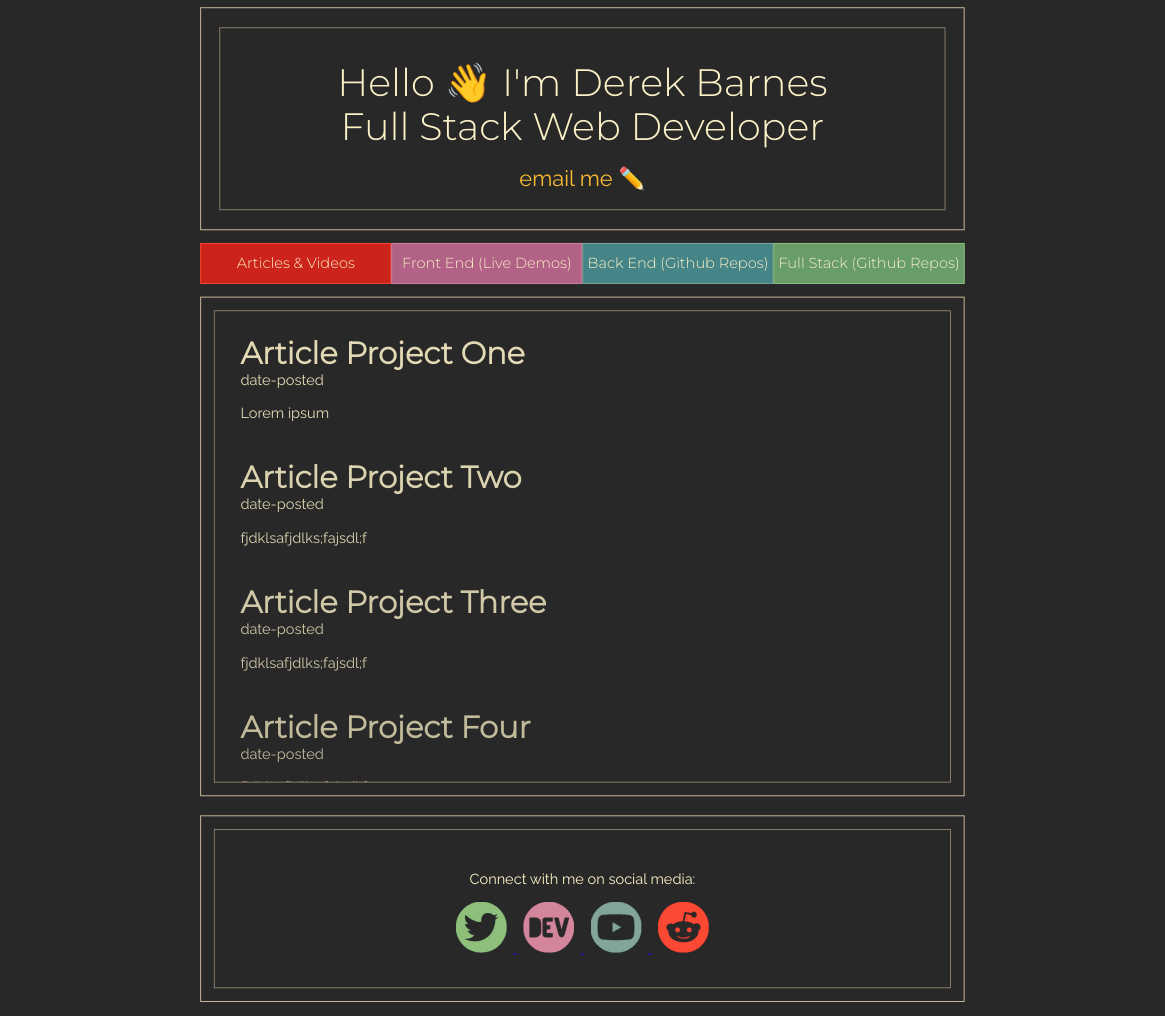
Repository: dsbarnes/groovy-blog
Page: index.html
The author's editor kept a copy of each file at every save. The page is drawn from the files as they stood at one save, then again after the next save.
The browser window is 1280 px wide. The pictures show the whole page, at 91% of full size.
After loading, the first visible `#articles` was clicked once.
An inner scrolling area shows only its first screen. The style sheet was rebuilt from its Sass, Less or Tailwind sources for each picture, by a compiler version that may differ from the author's.

Above is the page before, as saved 2020-05-11 18:27:38.

### index.html
<!DOCTYPE html>
<html lang="en">

<head>
    <meta charset="UTF-8">
    <meta name="viewport" content="width=device-width, initial-scale=1.0">
    <link href="https://fonts.googleapis.com/css2?family=Montserrat:wght@300&display=swap" rel="stylesheet">
    <link href="https://fonts.googleapis.com/css2?family=Raleway&display=swap" rel="stylesheet">

    <title>D.S. Barnes</title>

    <link rel="stylesheet" href="./CSS/style.css">
</head>

<body>
    <div class="container">

        <div id='nameCard'>
            <div id="doubleBorder">
                <p>Hello 👋 I'm Derek Barnes</p>
                <p>Full Stack Web Developer</p>
                <br />
                <small><a href='mailto:derekb0147@gmail.com'>email me ✏️</a></small>
                <br />
            </div>
        </div>

        <div id='selections'>
            <p class='nav' data-color='red' id='articles'>Articles & Videos</p>
            <p class='nav' data-color='purple' id='frontend'>Front End (Live Demos)</p>
            <p class='nav' data-color='blue' id='backend'>Back End (Github Repos)</p>
            <p class='nav' data-color='aqua' id='fullstack'>Full Stack (Github Repos)</p>
        </div>

        <!-- <button id="toggle-button">Toggle collapse</button> -->

        <!-- Section one -->
        <div class="content">
            <div class='double-border'>
                <div id='content-section-text'>
                    <p>As a full stack developer, I don't just write code.</p>
                    <p>I focus on team dynamics, agile work practices, and communications.</p>
                    <br />
                    <p>I can build APIs and maintain databases.</p>
                    <p>Equally, often more importantly, I listen to and understand consumer needs.</p>
                    <br />
                    <p>I specialize in clean, unobtrusive interfaces,</p>
                    <p>using modern technology,</p>
                    <p>to communicate clearly and solve real world problems.</p>
                </div>
            </div>
        </div>


        <!-- Section two -->
        <div class="hobbies">
            <div class='double-border'>

                <p>Besides code, I like to:</p>
                <br />

                <p class='xpad'>
                    <span class='bigEmoji'>🤔</span>
                    <span class='emojiText'>Think about philosophy.</span>
                </p>

                <p class='xpad'>
                    <span class='bigEmoji'>♟️</span>
                    <span class='emojiText'>Play chess.</span>
                </p>

                <p class='xpad'>
                    <span class='bigEmoji'>🎤</span>
                    <span class='emojiText'>listen to gratuitous amounts of rap music.</span>
                </p>
            </div>
        </div>


        <!-- Section three -->
        <div class="social-media">
            <div class="double-border">

                <p>Connect with me on social media:</p>

                <div id='media-icons'>
                    <a href='https://twitter.com/DerekBarnes0' id='twitter'>
                        <img src='../SVG/twitterLogo.svg'>
                    </a></img>

                    <a href='https://dev.to/dsbarnes' id="devto">
                        <img src='../SVG/devLogo.svg'>
                    </a></img>

                    <a href='https://www.youtube.com/channel/UC4wXeImm3FqzbxJvwSMoQFg?view_as=subscriber' id='youtube'>
                        <img src='../SVG/youtubeLogo.svg'>
                    </a></img>

                    <a href='https://www.reddit.com/user/snipethebird' id='reddit'>
                        <img src='../SVG/redditLogo.svg'>
                    </a></img>
                </div>

            </div>
        </div>

    </div><!-- container -->

    <script type=module src="index.js"></script>
</body>

</html>

### index.js
import articles from './components/articles.js'
import repos from './components/repos.js'

import articlesData from './siteData/articles.js'
import backendData from './siteData/backEnd.js'
import frontendData from './siteData/frontEnd.js'
import fullstackData from './siteData/fullStack.js'

const handleRemoveData = () => {
    const sections = Array.from(document.querySelectorAll('[id*="section-text"]'))

    for (const section of sections) {
        const elementsToRemove = Array.from(section.children)
        for (const element of elementsToRemove)
            element.remove()
    }
}

const populateData = (id) => {
    id == 'articles' && articles(articlesData)
    id == 'frontend' && repos(frontendData)
    id == 'backend' && repos(backendData)
    id == 'fullstack' && repos(fullstackData)
}

const handleTransition = (id) => {
    // Adds overflow: scroll to the content car:
    document.querySelector('.content')
        .classList.add('collapsed')

    // Shrinks and fades out the middle card:
    document.querySelector('.hobbies')
        .classList.add('collapsed')

    // Adjusts the social media card:
    document.querySelector('.social-media')
        .classList.add('collapsed')

    populateData(id)
}

let active = null
document.querySelectorAll('.nav')
    .forEach(btn => btn.addEventListener('click', function () {
        // Set active section
        // Click the currently active section does nothing
        console.log(this.dataset.color)

        if (active == this.id) return
        active = this.id

        handleRemoveData()

        const hobbies = document.querySelector('.hobbies').classList
        // If hobbies is collapsed then only repopulate the data
        hobbies.contains('collapsed') ?
            // Fades in the articles:
            populateData(this.id) :
            // Fades out about card, then runs populateData()
            handleTransition(this.id)
    }))

### components/articles.js
function modules(arr) {
    const root = document.getElementById('content-section-text')

    // Conceptually this is the same thing as
    // handleElementSection in repos.js
    // however, it builds two different components.
    const handleElementSection = (element) => {
        const container = document.createElement('div')
        const title = document.createElement('h1')
        const date = document.createElement('p')
        const short = document.createElement('p')

        title.innerHTML = element['Title']
        container.appendChild(title)

        date.innerHTML = element['Date']
        container.appendChild(date)

        short.innerHTML = element['Short']
        container.appendChild(short)

        container.classList.add('article-repo')
        root.appendChild(container)
    }

    for (const i in arr) {
        // setTimeout is non-blocking
        // IIFE to prevent setTimeout from stacking
        // and executing all at once:
        (() => {
            const element = arr[i]
            setTimeout(() => {
                handleElementSection(element)
                // Not for(of) b/c i is necessary here:
            }, 160 * i)
        })(i)
    }
}

export default modules

### components/repos.js
function repos(arr) {

    const root = document.getElementById('content-section-text')

    // for (const element of arr) {

    // Conceptually this is the same thing as
    // handleElementSection in articles.js
    // however, it builds two different components.
    const handleElementSection = (element) => {
        const container = document.createElement('div')
        const titleAndLinks = document.createElement('div')
        const title = document.createElement('h1')
        const repolink = document.createElement('p')
        const demolink = document.createElement('p')
        const description = document.createElement('p')

        titleAndLinks.classList.add('repo-title-links')

        title.innerHTML = element['Repo']
        titleAndLinks.appendChild(title)

        repolink.innerHTML = element['RepoLink']
        titleAndLinks.appendChild(repolink)

        if (element['DemoLink'] != undefined) {
            demolink.innerHTML = element['DemoLink']
            container.appendChild(demolink)
            titleAndLinks.appendChild(demolink)
        }

        container.appendChild(titleAndLinks)

        description.innerHTML = element['Description']
        description.classList.add('repo-description')
        container.appendChild(description)

        container.classList.add('article-repo')
        root.appendChild(container)
    }

    // }

    for (const i in arr) {
        // setTimeout is non-blocking
        // IIFE to prevent setTimeout from stacking
        // and executing all at once:
        (() => {
            const element = arr[i]
            setTimeout(() => {
                handleElementSection(element)
            }, 200 * i)
        })(i)
    }
}

export default repos

### siteData/articles.js
const articleData = [
    {
        "Title": "Article Project One",
        "Date": "date-posted",
        "Short": "Lorem ipsum"
    },
    {
        "Title": "Article Project Two",
        "Date": "date-posted",
        "Short": "fjdklsafjdlks;fajsdl;f"
    },
    {
        "Title": "Article Project Three",
        "Date": "date-posted",
        "Short": "fjdklsafjdlks;fajsdl;f"
    },
    {
        "Title": "Article Project Four",
        "Date": "date-posted",
        "Short": "fjdklsafjdlks;fajsdl;f"
    },
    {
        "Title": "Article Project Five",
        "Date": "date-posted",
        "Short": "fjdklsafjdlks;fajsdl;f"
    }
]

export default articleData

### siteData/backEnd.js
const backendData = [
    {
        "Repo": "Back End Project One",
        "RepoLink": "blah.com",
        "Description": "README.md"
    },
    {
        "Repo": "Back End Project Two",
        "RepoLink": "blah.com",
        "Description": "README.md"
    },
    {
        "Repo": "Back End Project Three",
        "RepoLink": "blah.com",
        "Description": "README.md"
    },
    {
        "Repo": "Back End Project Four",
        "RepoLink": "blah.com",
        "Description": "README.md"
    },
    {
        "Repo": "Back End Project Five",
        "RepoLink": "blah.com",
        "Description": "README.md"
    }
]

export default backendData

### siteData/frontEnd.js
const frontendData = [
    {
        "Repo": "Front End Project One",
        "RepoLink": "blah.com",
        "DemoLink": "demo link",
        "Description": "Lorem ipsum dolor sit amet, consectetur adipiscing elit, sed do eiusmod tempor incididunt ut labore et dolore magna aliqua. Dolor sit amet consectetur adipiscing elit duis tristique.Lorem ipsum dolor sit amet, consectetur adipiscing elit, sed do eiusmod tempor incididunt ut labore et dolore magna aliqua. Dolor sit amet consectetur adipiscing elit duis tristique.Lorem ipsum dolor sit amet, consectetur adipiscing elit, sed do eiusmod tempor incididunt ut labore et dolore magna aliqua. Dolor sit amet consectetur adipiscing elit duis tristique."
    },
    {
        "Repo": "Front End Project Two",
        "RepoLink": "blah.com",
        "DemoLink": "demo link",
        "Description": "README.md"
    },
    {
        "Repo": "Front End Project Three",
        "RepoLink": "blah.com",
        "DemoLink": "demo link",
        "Description": "README.md"
    },
    {
        "Repo": "Front End Project Four",
        "RepoLink": "blah.com",
        "DemoLink": "demo link",
        "Description": "README.md"
    },
    {
        "Repo": "Front End Project Five",
        "RepoLink": "blah.com",
        "DemoLink": "demo link",
        "Description": "README.md"
    }
]

export default frontendData

### siteData/fullStack.js
const fullstackData = [
    {
        "Repo": "Full Stack Project One",
        "RepoLink": "blah.com",
        "Description": "README.md"
    },
    {
        "Repo": "Full Stack Project Two",
        "RepoLink": "blah.com",
        "Description": "README.md"
    },
    {
        "Repo": "Full Stack Project Three",
        "RepoLink": "blah.com",
        "Description": "README.md"
    },
    {
        "Repo": "Full Stack Project Four",
        "RepoLink": "blah.com",
        "Description": "README.md"
    },
    {
        "Repo": "Full Stack Project Five",
        "RepoLink": "blah.com",
        "Description": "README.md"
    }
]

export default fullstackData

### style.scss
// Main Container:
// Sizings - everything is a multiple of 14!!
$container-width: 840px;
$container-height: 1100px;
$outer-width: $container-width * .8;
$margin-pad-sizing: 14px;


// Gruvbox colors:
$background-color: #282828;
$background-alt-color: #3c3836;
$font-color: #fbf1c7;
$font-alt-color: #ebdbb2;
$outer-border: #d5c4a1;
$inner-border: #928374;
$red-color: #cc241d;
$light-red-color: #fb4934;
$green-color: #98971a;
$light-green-color: #b8bb26;
$yellow-color: #d79921;
$light-yellow-color: #fabd2f;
$blue-color: #458588;
$light-blue-color: #83a598;
$purple-color: #b16286;
$light-purple-color: #d3869b;
$aqua-color: #689d6a;
$light-aqua-color: #8ec07c;


// Font:
$title-font: 'Montserrat', sans-serif;
$body-font: 'Raleway', sans-serif;
$title-font-size: 42px;
$body-font-size: 16px;


//Mixins:
@mixin bg-border($bg-color, $border-color){
  background-color: $bg-color;
  border: 1px solid $border-color;
}
@mixin font-fam-size($fam, $size){
  font-family: $fam;
  font-size: $size;
}
@mixin sectionButton($bg-color, $border-color){
  @include bg-border($bg-color, $border-color);
  @include font-fam-size($title-font, $body-font-size);
  display: inline-block;
  margin: 0 auto;
  //That just looks best as 12, idk.
  padding: 12px 0px;
  text-align: center;
  width: (($container-width / 4));
}

// Keyframes:
@keyframes border-color-red{
  from { border-color: $inner-border; }
  to { border-color: $light-red-color; }
}
@keyframes border-color-purple{
  from { border-color: $inner-border; }
  to { border-color: $light-purple-color; }
}
@keyframes border-color-blue{
  from { border-color: $inner-border; }
  to { border-color: $light-blue-color; }
}
@keyframes border-color-aqua{
  from { border-color: $inner-border; }
  to { border-color: $light-aqua-color; }
}
@keyframes fade-in{
  from{color: $background-color;}
  to{ color: $font-color; }
}
.article-repo{ animation: fade-in 2.5s forwards;}


// Overall styling:
* { box-sizing:border-box; }
body{ background-color: $background-color; color: $font-color }
//Everything visible is inside this container:
.container {
  display:flex;
  flex-direction:column;
  justify-content:flex-start;
  width: $container-width;
  margin: 0 auto;
  // we're required to set height explicitly
  height: $container-height;
}
h1{ @include font-fam-size($title-font, $title-font-size/1.25)}


// Name Card
#nameCard{
  border: 1px solid $outer-border;
  padding: $margin-pad-sizing/2;
  text-align: center;
  line-height: $margin-pad-sizing/2;

  small{ @include font-fam-size($body-font, $body-font-size*1.5); }
  a{ text-decoration: none; color: $light-yellow-color }

  #doubleBorder{
      @include bg-border($background-color, $inner-border);
      p{ @include font-fam-size($title-font, $title-font-size);}
      margin: $margin-pad-sizing auto;
      padding: $margin-pad-sizing;
      padding-bottom: $margin-pad-sizing*2;

      // 14px b/c of margin.
      // Why *3? Good question.
      width: ($container-width - 14px*3);
  }
}


// Nav 'buttons'
#selections{
  display: flex;
  justify-content: space-between;
  margin-top: $margin-pad-sizing;
}
#articles{ @include sectionButton($red-color, $light-red-color) }
#frontend{ @include sectionButton($purple-color, $light-purple-color) }
#backend{ @include sectionButton($blue-color, $light-blue-color) }
#fullstack{ @include sectionButton($aqua-color, $light-aqua-color) }

// General double border settings, different from
// name card b/c ...damnit
.double-border{
  border: 1px solid $inner-border;
  // Variables not working in calc()
  // will investigate.
  height: calc(100% - 28px); // $margin-pad-size*2
  width: calc(100% - 28px);  // $margin-pad-size*2
  margin: $margin-pad-sizing auto 0 auto;
  padding: $margin-pad-sizing*2;
}
.double-border.border-color-red{animation: border-color-red 2s ease; }

// This is the section that expands:
.content{
  @include bg-border($background-color, $outer-border);
  @include font-fam-size($body-font, $body-font-size);


  line-height: $margin-pad-sizing/2;
  margin: $margin-pad-sizing 0;
  overflow: hidden;
  flex: 3;
}

.content.collapsed{
  // iOS browsers:
  ::-webkit-scrollbar {
    background: transparent;
    width: 9px;
  }
  ::-webkit-scrollbar-track {
    background: transparent;
  }
  ::-webkit-scrollbar-thumb {
    -webkit-border-radius: 5px;
    background:$background-alt-color;
  }
  ::-webkit-scrollbar-track-piece:start {
    // Makes all the difference
    margin-top: 1.5px;
  }

  // Firefox:
  // Which is much, much easier.
  scrollbar-color: $background-alt-color $background-color;
  scrollbar-width: thin;

  .double-border{
    overflow-y: scroll;
    overflow-x: hidden;
  }
}

// Not visible until the .content section
// is .collapsed
.article-repo{
  margin-bottom: $margin-pad-sizing*4;
  h1{ margin: $margin-pad-sizing 0; }
  p{line-height: $margin-pad-sizing*1.5; }
  .repo-title-links p{
    width: $container-width/10;
    display: inline-block;
  }
  .repo-description{
    margin: 0px;
    line-height: $margin-pad-sizing*1.5;
  }
}


// This section dissapears:
.hobbies {
  // note that we're transitioning flex, not height!
  @include bg-border($background-color, $outer-border);
  @include font-fam-size($body-font, $body-font-size);
  line-height: $margin-pad-sizing/2;
  margin: $margin-pad-sizing/2 0;
  flex: 2;
  .bigEmoji{ font-size: $title-font-size; }
  .xpad{ padding-left: 24px; }
  .emojiText{
      position: relative;
      bottom: $margin-pad-sizing;
      padding-left: $margin-pad-sizing/2;
  }
  transition:all 0.7s ease;
}
.hobbies.collapsed {
  border: 0px solid $background-color;
  color: $background-color;
  overflow: hidden;
  flex: 0;
  // Big number to squeze box inward
  margin: 0 $margin-pad-sizing * 7;
}


// This section appears to never change
.social-media{
  @include bg-border($background-color, $outer-border);
  @include font-fam-size($body-font, $body-font-size);
  text-align: center;
  margin: $margin-pad-sizing/2 0;
  flex: 2;
  transition: all 0.6s ease;
}
.social-media.collapsed{
  flex: 1;
  #media-icons{
    // Why 20? Good question.
    margin-bottom:
      $margin-pad-sizing + $margin-pad-sizing/2 + 1;
  }
}

// Social Media Icons:
#media-icons{
  width: $container-width / 2;
  margin: 0 auto;
  text-align: center;
  line-height: $margin-pad-sizing;
  img{ width: $margin-pad-sizing*4; margin: 0 $margin-pad-sizing/2; }
}

After the next save:
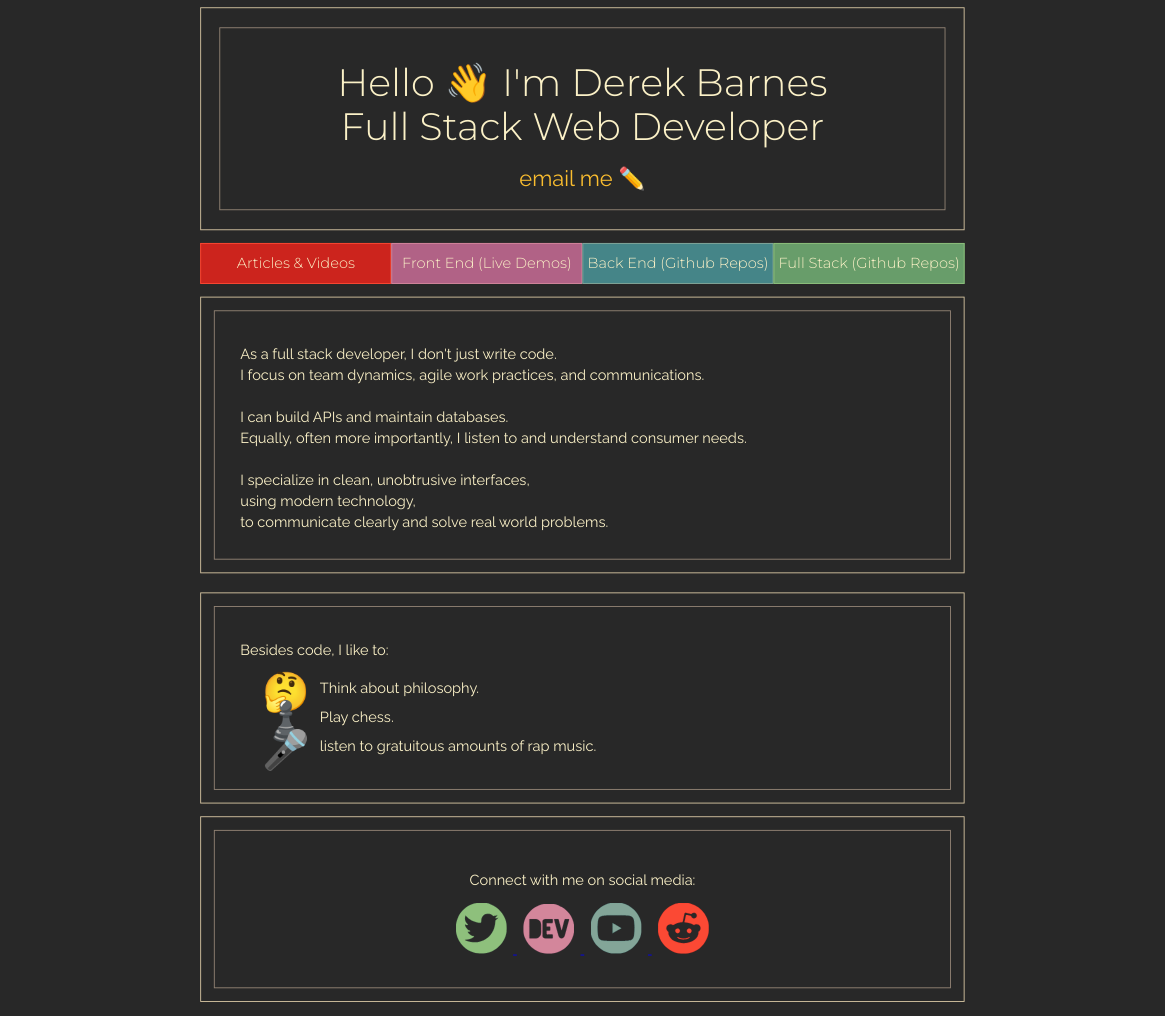
Console error: TypeError: Cannot read properties of null (reading 'style')
Saved 58 s later.
--- a/index.js
+++ b/index.js
@@ -45,6 +45,9 @@
         // Set active section
         // Click the currently active section does nothing
         console.log(this.dataset.color)
+        console.log(
+            document.querySelector('.doubleBorder').style.color = 'red'
+        )
 
         if (active == this.id) return
         active = this.id

After the save that followed:
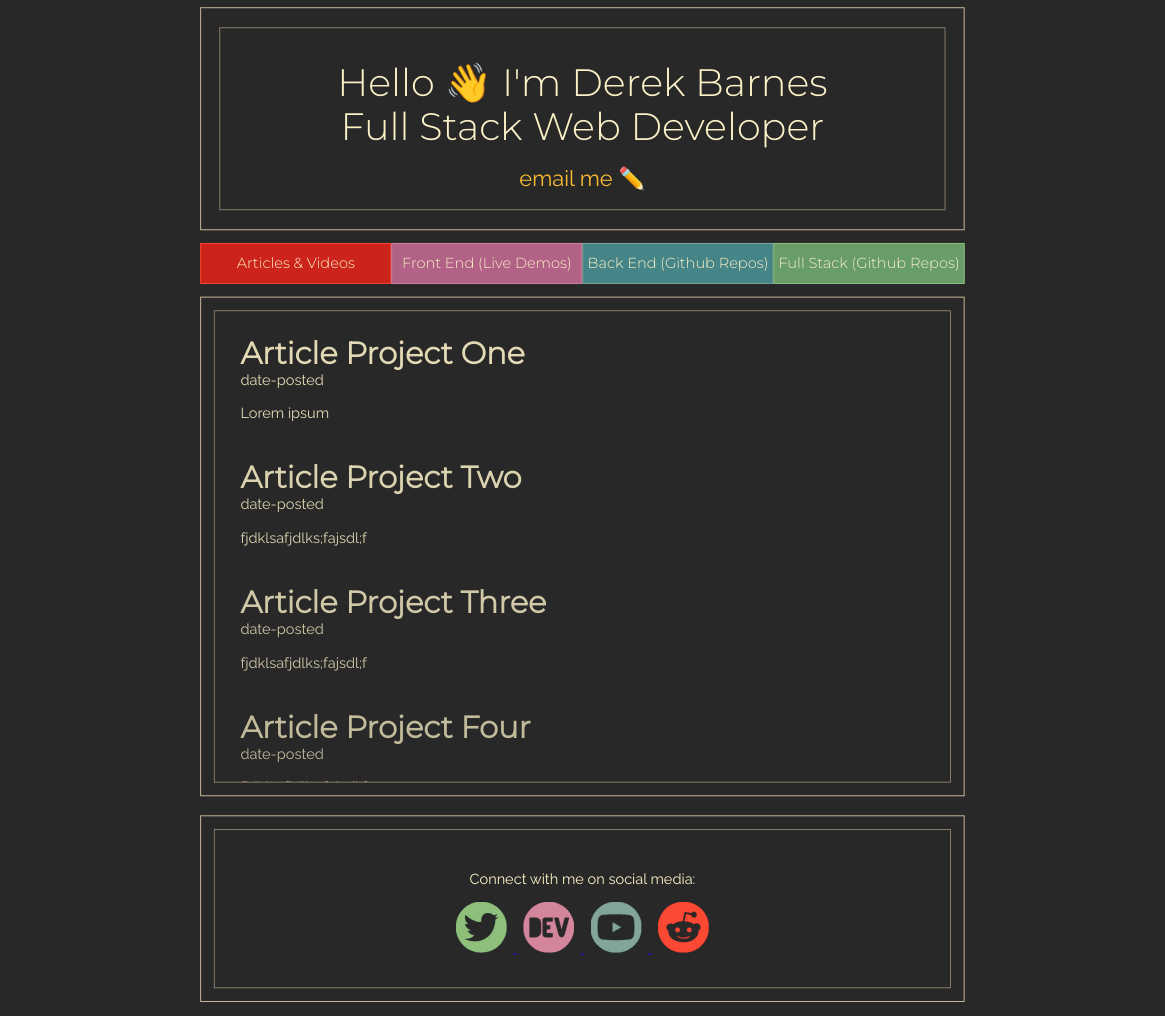
The error is gone.
Saved 12 s later.
--- a/index.js
+++ b/index.js
@@ -46,7 +46,7 @@
         // Click the currently active section does nothing
         console.log(this.dataset.color)
         console.log(
-            document.querySelector('.doubleBorder').style.color = 'red'
+            document.querySelector('.doubleBorder')
         )
 
         if (active == this.id) return
